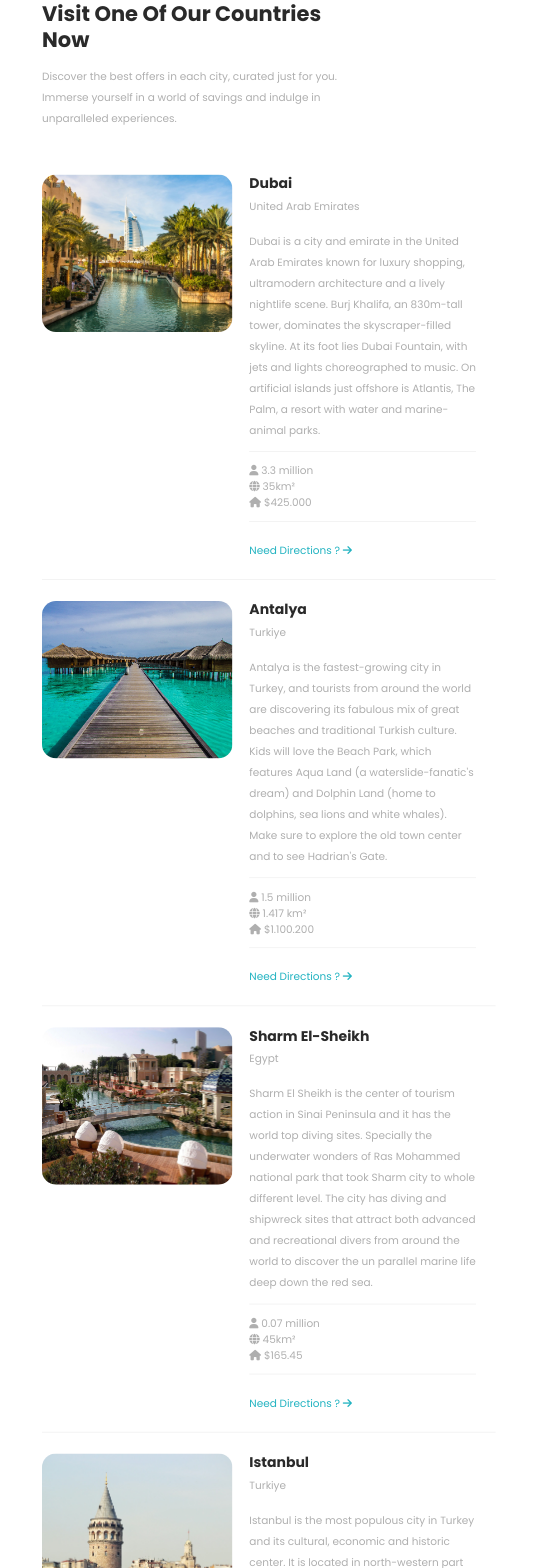
Repository: asadbekdev07/asadbekdev-zamontour-react
Page: /
These files come from the project's save history. The page is drawn as it stood at one moment and after the next save; the edit follows.
The browser window is 768 px wide. The pictures show the part of the page from y = 3908 to 6148 px (the page is 6543 px tall), at 70% of full size.
The project was rebuilt for these pictures with package versions that can differ from the ones it lists, and the page was loaded fresh each time. Also part of the build but not shown: vite.config.js.

Above is the page before, as saved 2024-05-26 20:18:35.

After the next save:
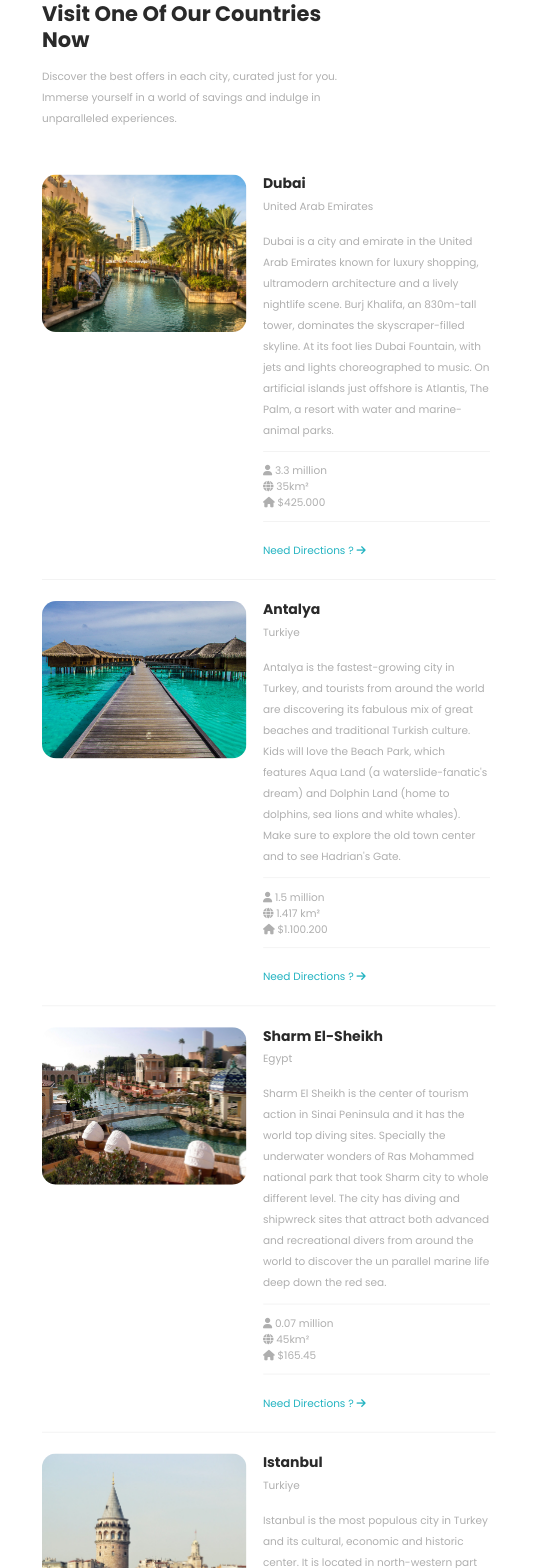
Saved 11 s later.
--- a/src/assets/styles/index.css
+++ b/src/assets/styles/index.css
@@ -883,7 +883,7 @@ select:-webkit-autofill:focus {
     margin: 0 -8px;
   }
   .visit__img {
-    width: 42%;
+    width: 45%;
     height: 225px;
   }
   .visit__info {
